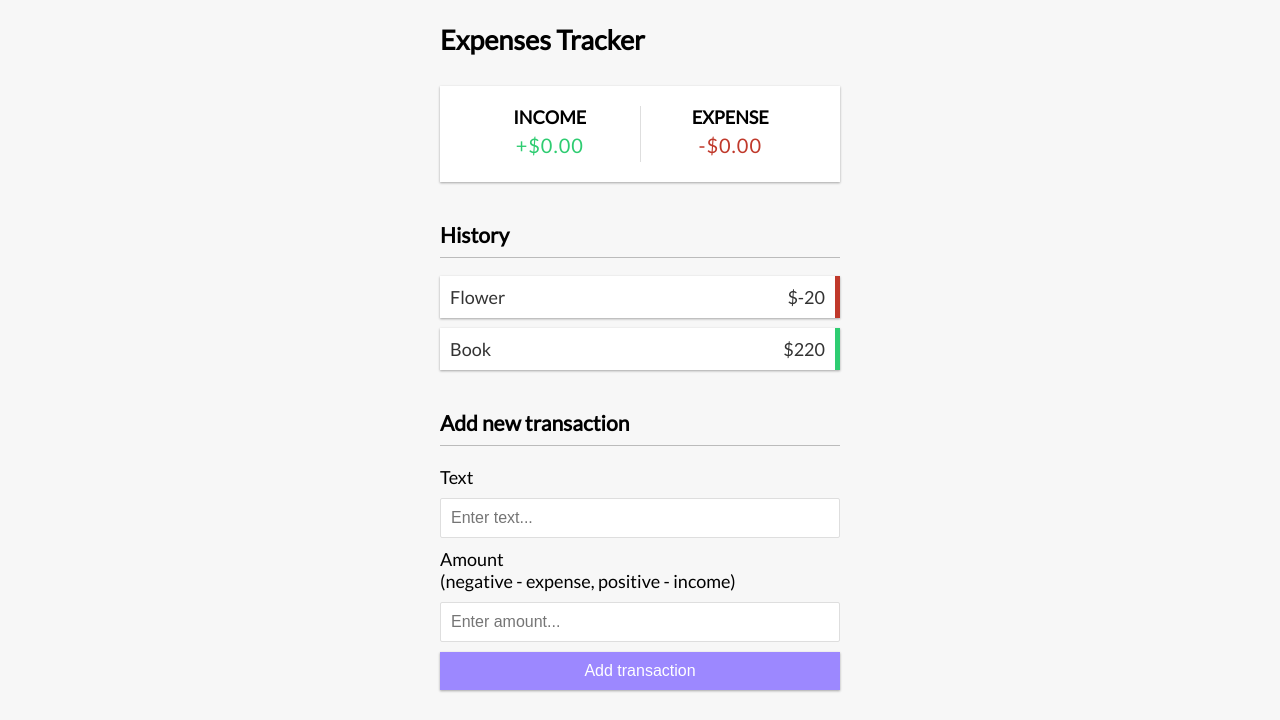
Repository: AyushMahatara/VUE-expense-tracker-app
Page: /
An editor plug-in stored every save of this project. The page is shown before and after the next save, followed by the edit.
The browser window is 1280 px wide. The pictures show the whole page.
The project was rebuilt for these pictures with package versions that can differ from the ones it lists, and the page was loaded fresh each time. Also part of the build but not shown: vite.config.js.

Above is the page before, as saved 2023-12-29 14:47:57.

After the next save:
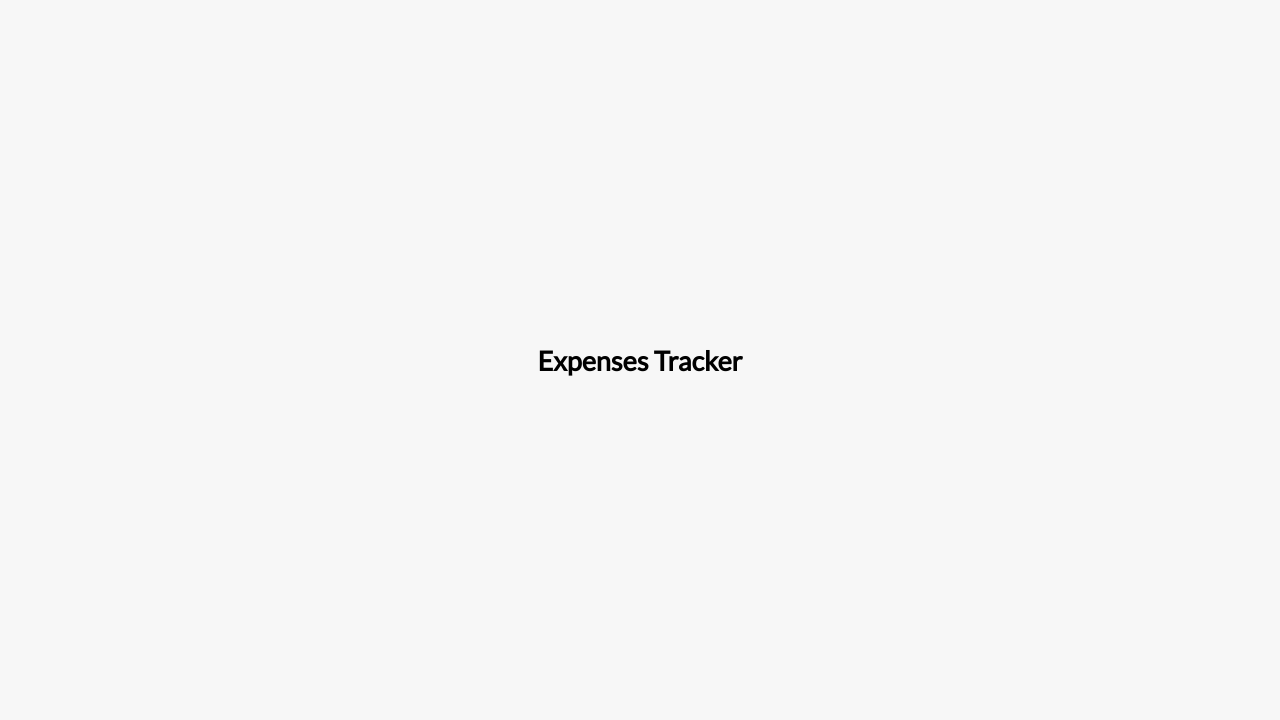
Console error (its wording comes from the project's code and is left out).
Saved 17 s later.
--- a/src/App.vue
+++ b/src/App.vue
@@ -1,7 +1,7 @@
 <template>
   <Header />
   <div class="container">
-    <!-- <Balance :total="total" /> -->
+    <Balance :total="total" />
     <IncomeExpenses />
     <TransactionList :transactions="transactions" />
     <AddTransaction />
@@ -30,10 +30,10 @@
   },
 ]);
 
-// console.log(transactions);
-// const total = computed(() => {
-//   return transactions.value.reduce((acc, transaction) => {
-//     return (acc = transaction.amount);
-//   }, 0);
-// });
+console.log(transactions);
+const total = computed(() => {
+  return transactions.value.reduce((acc, transaction) => {
+    return (acc = transaction.amount);
+  }, 0);
+});
 </script>

After the 2 saves that followed:
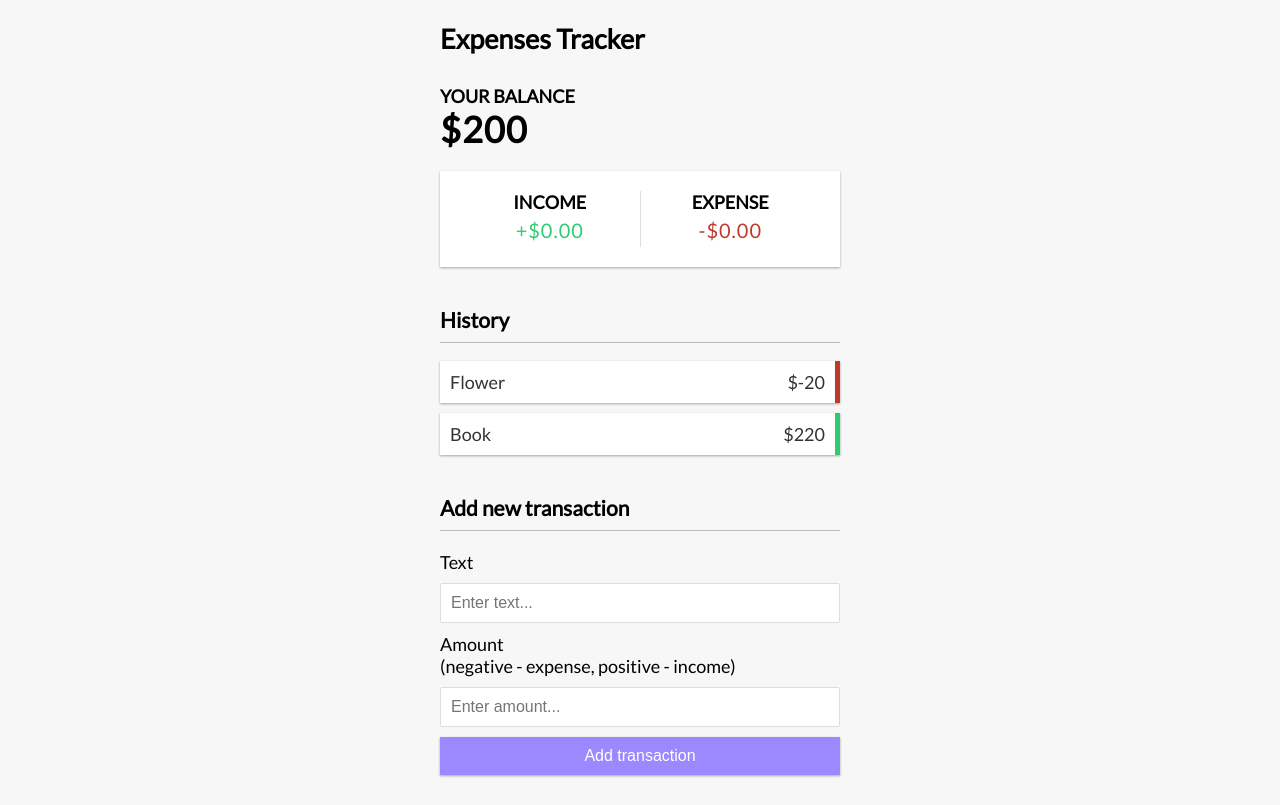
The error is gone.
The 2 saves are shown as one change because 1 left the picture as it was.
The last was saved 91 s later.
--- a/src/App.vue
+++ b/src/App.vue
@@ -30,10 +30,9 @@
   },
 ]);
 
-console.log(transactions);
 const total = computed(() => {
   return transactions.value.reduce((acc, transaction) => {
-    return (acc = transaction.amount);
+    return acc + transaction.amount;
   }, 0);
 });
 </script>
--- a/src/components/Balance.vue
+++ b/src/components/Balance.vue
@@ -6,7 +6,7 @@
 <script setup>
 import { defindProps } from "vue";
 
-const props = defindProps({
+const props = defineProps({
   total: {
     type: Number,
     required: true,
